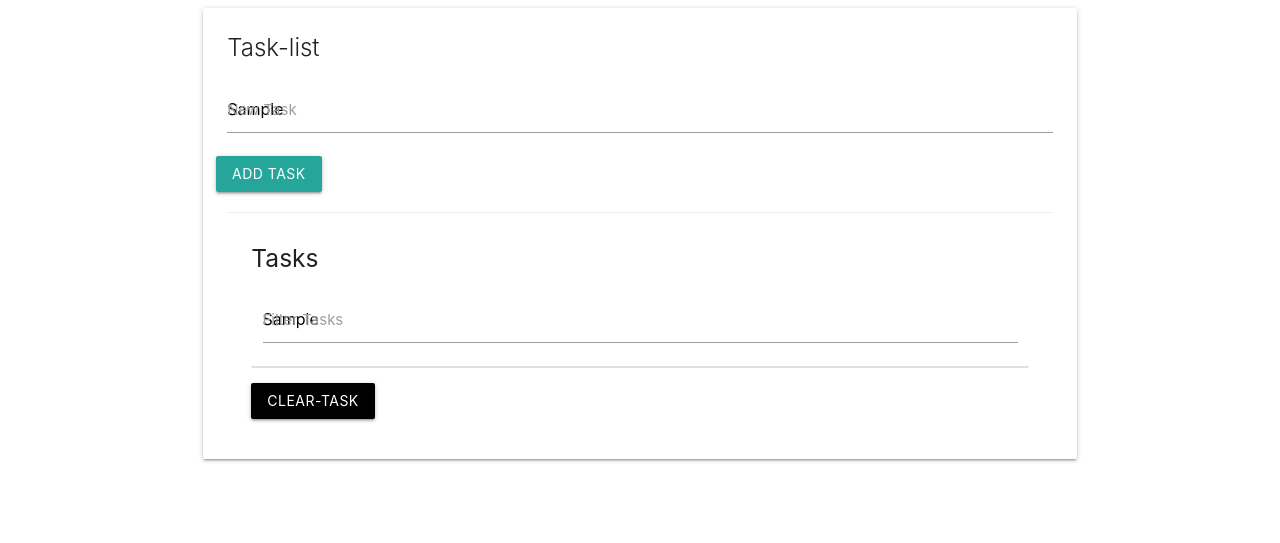
Repository: seiry12345/task-list-ver2
Page: index.html
The author's editor kept a copy of each file at every save. The page is drawn from the files as they stood at one save, then again after the next save.
The browser window is 1280 px wide. The pictures show the whole page.
Empty fields were first filled with sample values (such as "Sample", 5 or name@example.com).
After loading, the first visible `#task-form` was submitted once.

Above is the page before, as saved 2019-01-21 23:22:09.

After the next save:
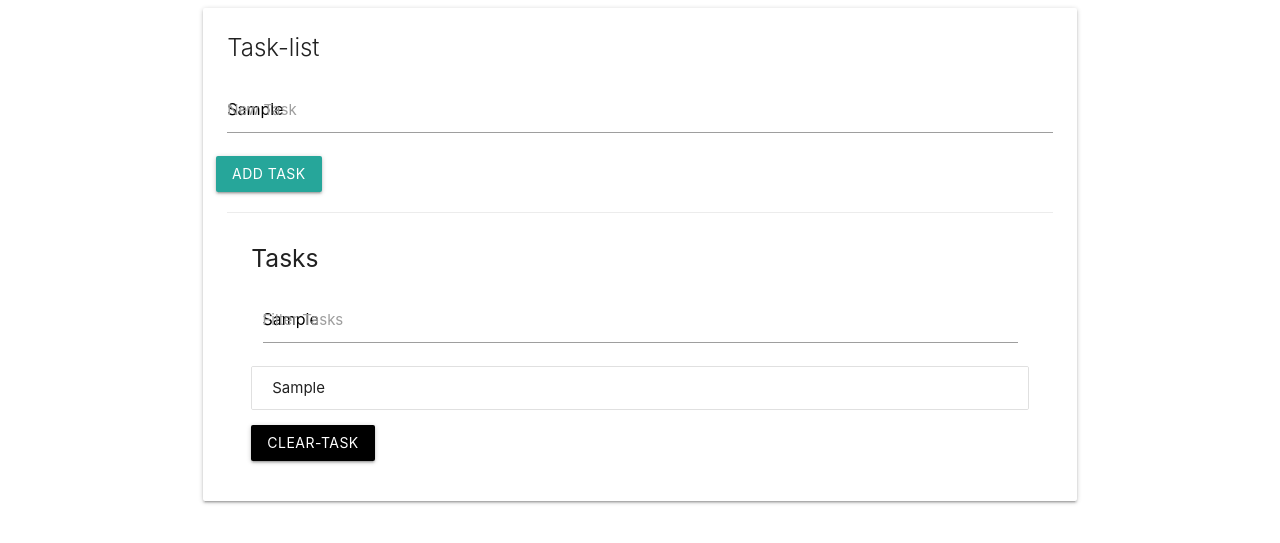
Saved 38 s later.
--- a/app.js
+++ b/app.js
@@ -12,7 +12,7 @@ function addTask(e) {
     let li = document.createElement("li");
     li.className = "collection-item";
     li.innerHTML = taskInput.value;
-		taskList.appendChild = li;
+		taskList.appendChild(li);
 
 		console.log(li);
   }
